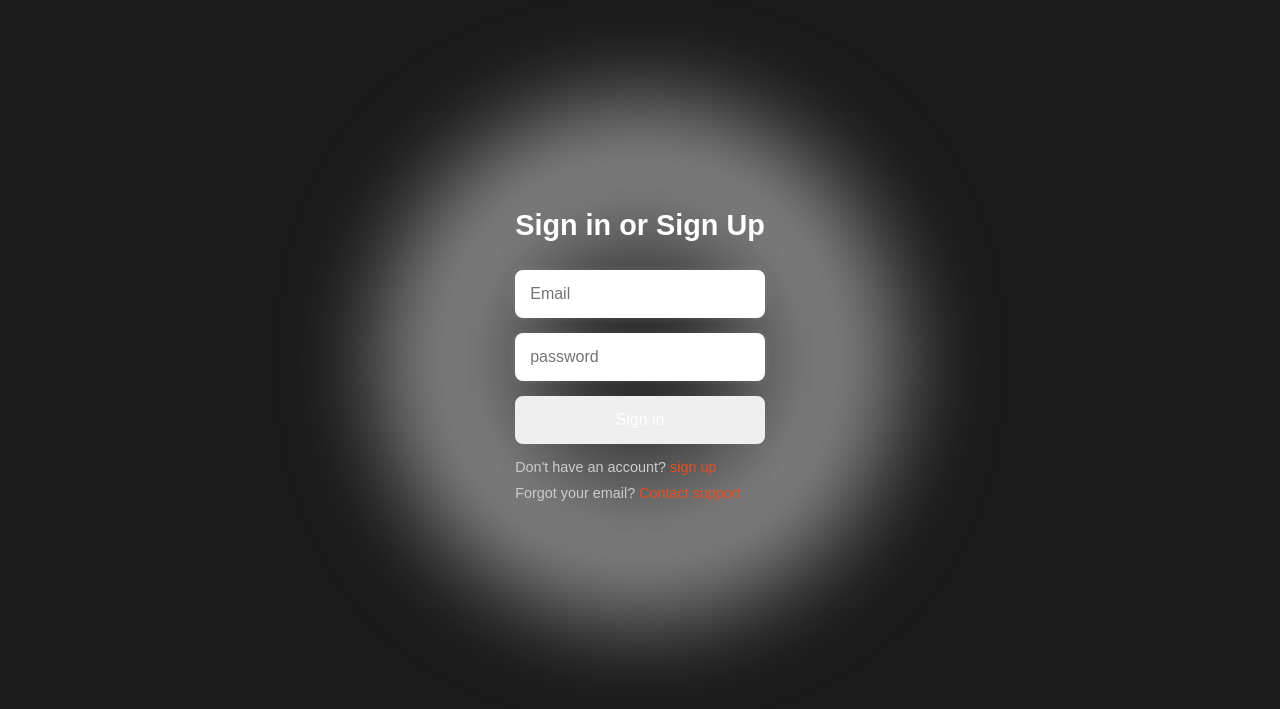
Repository: cmd-keyu/mobileppsh
Page: pages/login.html
These files come from the project's save history. The page is drawn as it stood at one moment and after a run of saves; the edit follows.
The browser window is 1280 px wide. The pictures show the whole page.

Above is the page before, as saved 2024-11-12 00:31:28.

After the next 2 saves:
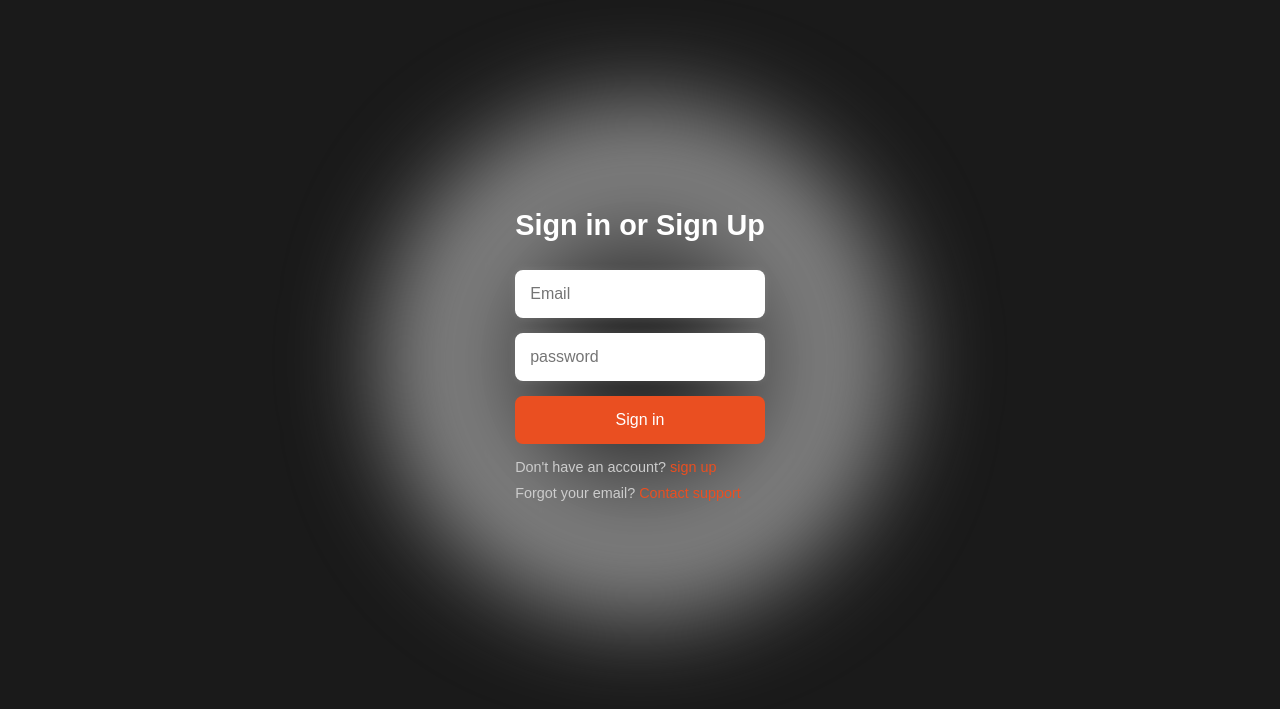
The 2 saves are shown as one change because they came seconds apart.
The last was saved 7 s later.
--- a/css/login.css
+++ b/css/login.css
@@ -88,7 +88,7 @@
   button {
     padding: 15px;
     font-size: 1em;
-    background-color: #background-color: rgb(234, 79, 33);;
+    background-color:rgb(234, 79, 33);
     color: #fff;
     border: none;
     border-radius: 8px;
